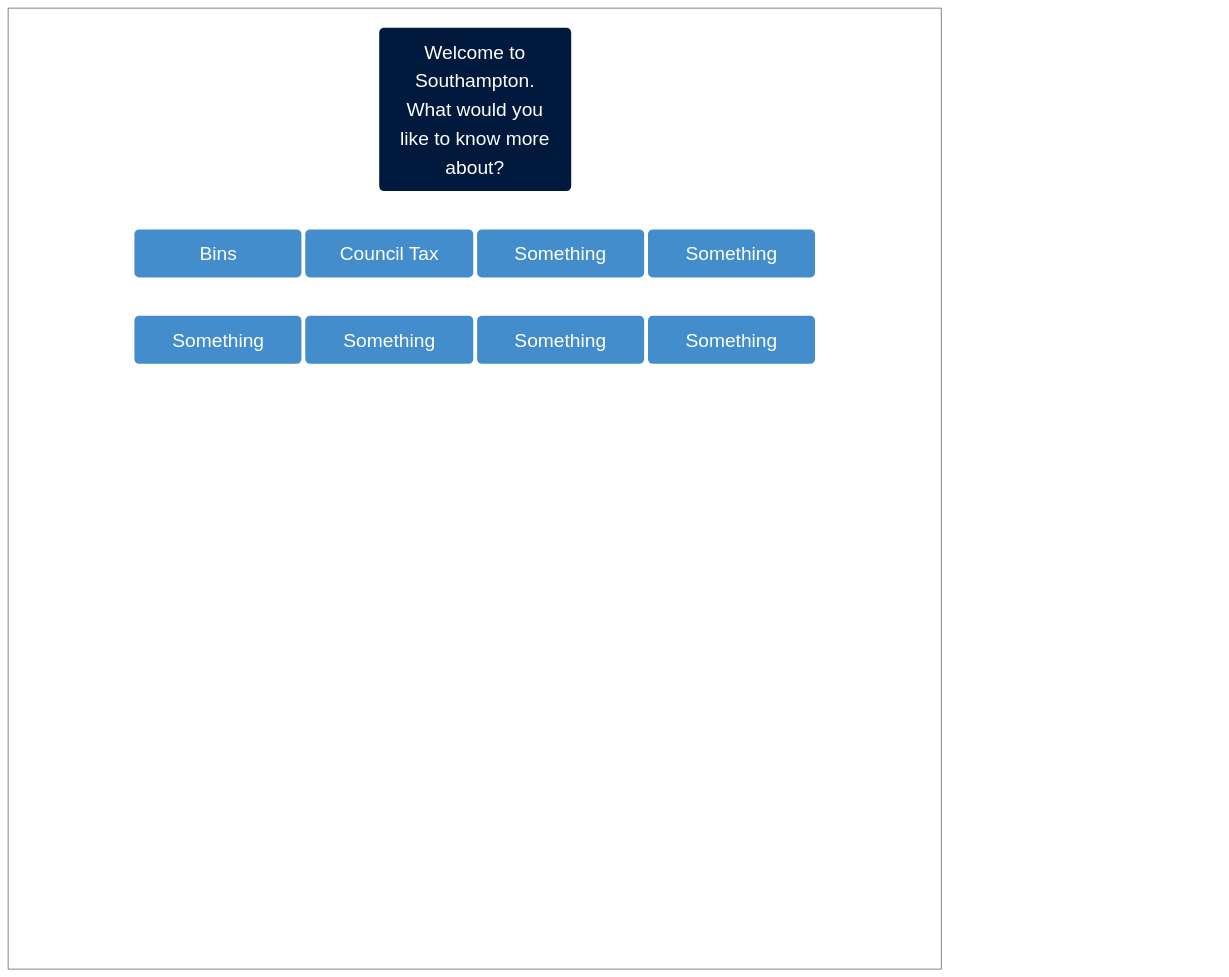
Repository: Domehead123/test
Page: index.html
The author's editor kept a record of every edit. The page is drawn from the files as they stood at one moment, then again after the next edit.
The browser window is 1280 px wide. The pictures show the whole page, at 96% of full size.

Above is the page before.

### index.html
<!DOCTYPE html>
<html lang="en">
<head>
    <meta charset="UTF-8">
    <meta name="viewport" content="width=device-width, initial-scale=1.0">
    <meta http-equiv="X-UA-Compatible" content="ie=edge">
<script src="https://ajax.googleapis.com/ajax/libs/jquery/3.4.1/jquery.min.js"></script>
    <script type="text/javascript" src="assets/new-resident.js"></script>
        <link rel="stylesheet" href="assets/style.css" type="text/css" />
    <title>Document</title>
</head>
<body>
    <div class="page-container">
    <div id="top-box">Welcome to Southampton. What would you like to know more about?</div>
    <div class="option-container">
    <div class="bottom-box" id="option1"><span>Bins</span></div>
    <div class="bottom-box" id="option2"><span>Council Tax</span></div>
    <div class="bottom-box" id="option3"><span>Something</span></div>
    <div class="bottom-box" id="option4"><span>Something</span></div>
    <div class="bottom-box" id="option5"><span>Something</span></div>
    <div class="bottom-box" id="option6"><span>Something<span></div>
    <div class="bottom-box" id="option7"><span>Something<span></div>
    <div class="bottom-box" id="option8"><span>Something<span></div>
    </div>

    <div id="restart">Back</div>
</body>
</html>

### assets/new-resident.js

$(document).ready(function() {

$(".bottom-box").click(function() {
    $('#restart').show();
});


$("#option1").click(function() {
   $("#top-box").text("What would you like to know about bins?")
   $("#option1").children().html("<a href='https://www.southampton.gov.uk/bins-recycling/bins/'>When will my bin be collected?</a>");
   $("#option2").children().html("<a href='https://www.southampton.gov.uk/bins-recycling/bins/bin-size.aspx'>How can I change my bin size?</a>");
    $("#option3").children().html("<a href='https://www.southampton.gov.uk/bins-recycling/bins/lost-bin.aspx'>How do I report a lost bin?</a>");
    $("#option4").children().html("<a href='https://www.southampton.gov.uk/bins-recycling/bins/need-help-putting-your-bins-out.aspx'>How can I get help putting my bin out?</a>");
    $("#option5").hide();
    $("#option6").hide();
    $("#option7").hide();
    $("#option8").hide();
});


$("#option2").click(function() {
   $("#top-box").text("What would you like to know about Council Tax?")
   $("#option1").children().html("<a href='https://www.southampton.gov.uk/council-tax/your-council-tax/change-address.aspx'>How do I register for Council Tax?</a>");
   $("#option2").children().html("<a href='https://www.southampton.gov.uk/council-tax/your-council-tax/'>How do I pay my council tax?</a>");

    $("#option3").children().html("<a href='https://www.southampton.gov.uk/council-tax/discounts-exemptions/single-person-discount.aspx'>How do I get a single person discount?</a>");
    $("#option4").children().html("<a href='https://www.southampton.gov.uk/council-tax/discounts-exemptions/'>Where can I find out about council tax examptions?</a>");
    $("#option5").children().html("<a href='https://www.southampton.gov.uk/council-tax/information/wrong-band.aspx'>What do I do if I think my council tax band is wrong?</a>");
    $("#option6").children().html("<a href='https://www.southampton.gov.uk/council-tax/information/understanding-council-tax-bill.aspx'>How can I understand my council tax bill?</a>");
  $("#option7").children().html("<a href='https://www.southampton.gov.uk/council-tax/information/understanding-council-tax-bill.aspx'>How can I understand my council tax bill?</a>");
    $("#option8").hide();
});

$('#restart').click(function() {
    location.reload();
});


});

### assets/style.css

.page-container {
    max-width: 871px;
    background: #fff;
    border: 1px solid grey;
    padding: 0 50px;
    height: 1000px;
}


#top-box {
    background: #00193c;
    color: #fff;
    border-radius: 5px;
    box-sizing: border-box;
    width: 200px;
    text-align: center;
    margin: 20px auto;
    font-family: "franklin-gothic-urw",sans-serif;
    font-size: 20px;
    line-height: 30px;
    padding: 10px 15px;
}

.option-container {
text-align: center;
}

.bottom-box {
    width: 20%;
        background: #438dcc;
    color: #fff;
    border-radius: 5px;
    box-sizing: border-box;
    margin: 20px auto;
    font-family: "franklin-gothic-urw",sans-serif;
    font-size: 20px;
    line-height: 30px;
    padding: 10px 15px;
    transition: 0.4s all;
    display: inline-block;

     align-items: center;
     text-align: center;

}

.bottom-box span {
  margin: 0 auto;
}

.bottom-box span a {
    color: #fff!important;
    text-decoration: none !important;
}

.bottom-box:hover {
    background: #00193c;
}

#restart {
        background: #aaa;
    color: #fff;
    border-radius: 5px;
    box-sizing: border-box;
    width: 200px;
  margin: 20px auto;
    font-family: "franklin-gothic-urw",sans-serif;
        padding: 10px 15px;
        font-size: 20px;
        text-align: center;
        transition: 0.4s all;
        display:none;

}

#restart:hover {
    background: #000;
}

After the next edit:
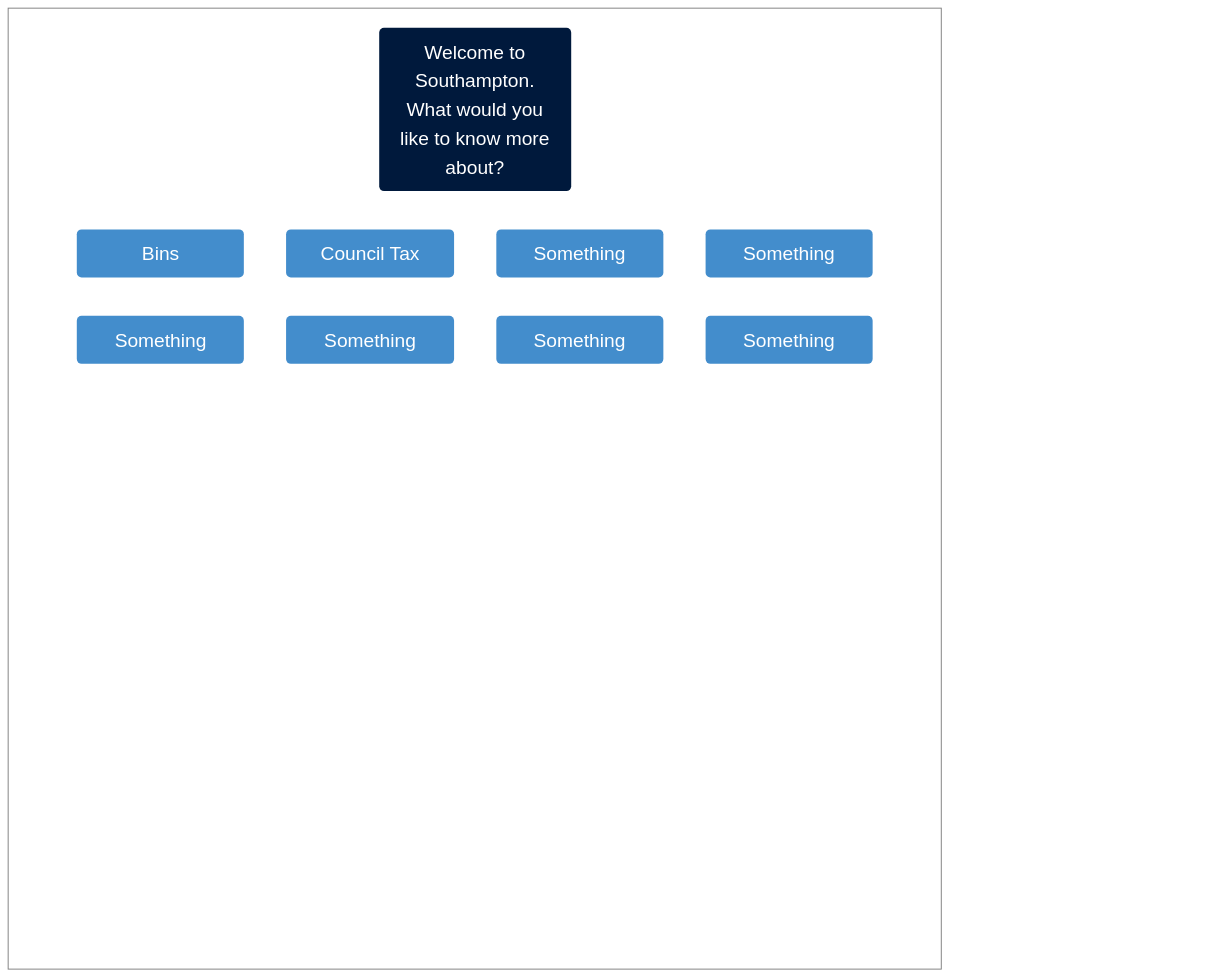
The edit:
--- a/assets/style.css
+++ b/assets/style.css
@@ -32,7 +32,7 @@
     color: #fff;
     border-radius: 5px;
     box-sizing: border-box;
-    margin: 20px auto;
+    margin: 20px;
     font-family: "franklin-gothic-urw",sans-serif;
     font-size: 20px;
     line-height: 30px;
